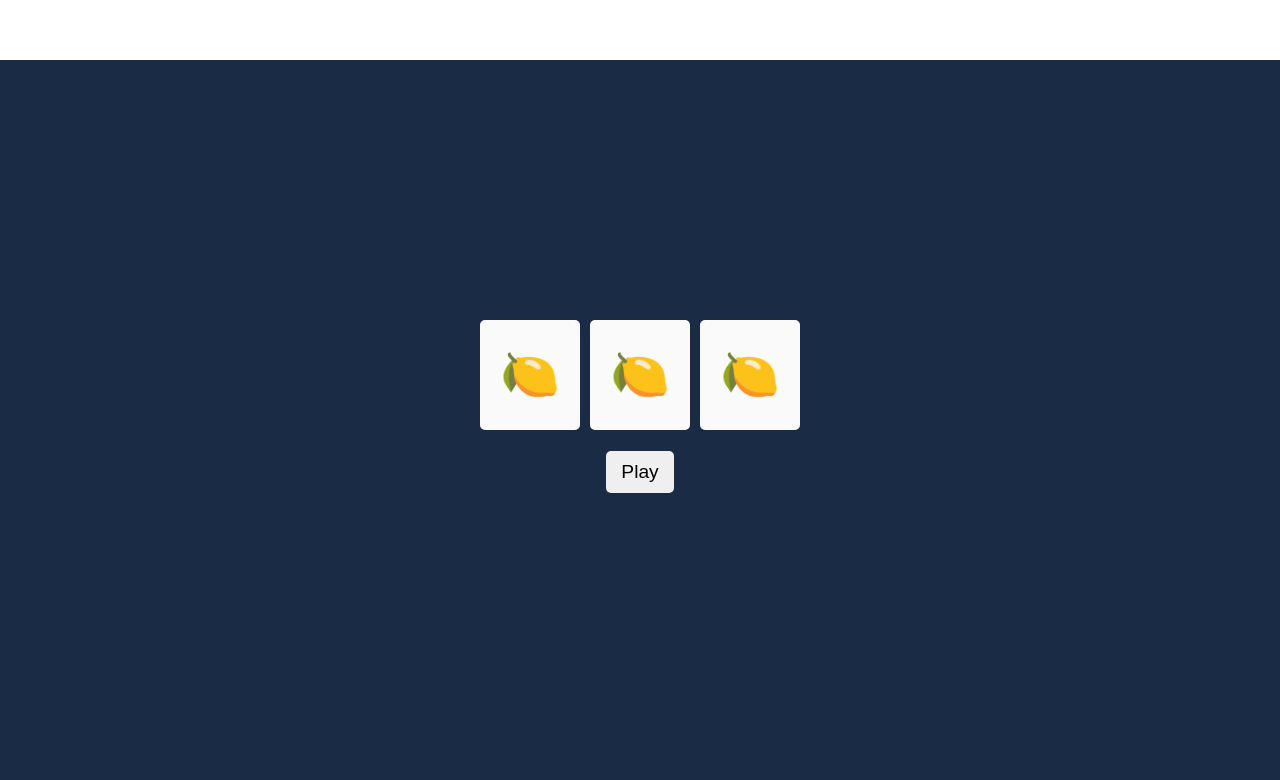
Repository: HERBOD7/slotmachine
Page: /
An editor plug-in stored every save of this project. The page is shown before and after the next save, followed by the edit.
The browser window is 1280 px wide. The pictures show the whole page.
The project was rebuilt for these pictures with package versions that can differ from the ones it lists, and the page was loaded fresh each time. Also part of the build but not shown: vue.config.js.

Above is the page before, as saved 2023-07-23 00:05:34.

### src/App.vue
<template>
  <div id="app">
    <div class="doors">
      <div class="door" v-for="(symbol, _, i) in symbols" :key="i">
        <div class="boxes">
          <div
            :class="['box', isShuffling ? 'before-animate blur' : '']"
            v-for="(item, index) in symbol"
            :key="index"
          >
            {{ item }}
          </div>
        </div>
      </div>
    </div>

    <div class="buttons">
      <button @click="spin" id="spinner">Play</button>
    </div>
  </div>
</template>

<script>
export default {
  name: "App",
  components: {},
  data() {
    return {
      symbols: {
        firstSlot: ["🍋", "🍉", "🍒", "🍊"],
        secondSlot: ["🍋", "🍉", "🍒", "🍊"],
        thirdSlot: ["🍋", "🍉", "🍒", "🍊"],
      },
      isShuffling: false,
    };
  },
  methods: {
    spin() {
      this.isShuffling = true;
      for (let name in this.symbols) {
        const arr = [];
        arr.push(...this.symbols[name]);
        this.symbols[name] = this.shuffle(arr);
        // this.isShuffling = true;
      }
      this.isShuffling = false;
    },
    shuffle(array) {
      for (let i = array.length - 1; i > 0; i--) {
        const j = Math.floor(Math.random() * (i + 1));
        [array[i], array[j]] = [array[j], array[i]];
      }
      return array;
    },
  },
};
</script>

<style>
#app {
  font-family: Avenir, Helvetica, Arial, sans-serif;
  -webkit-font-smoothing: antialiased;
  -moz-osx-font-smoothing: grayscale;
  text-align: center;
  color: #2c3e50;
  margin-top: 60px;
}

body {
  width: 100vw;
  height: 100vh;
  margin: 0;
  padding: 0;
}

#app {
  width: 100%;
  height: 100%;
  background: #1a2b45;
  display: flex;
  flex-direction: column;
  justify-content: center;
  align-items: center;
}

.doors {
  display: flex;
}

.door {
  background: #fafafa;
  width: 100px;
  height: 110px;
  overflow: hidden;
  border-radius: 5px;
  margin: 5px;
}

.boxes {
  transform: translateY(0);
  transition: transform 1s ease-in-out;
}

.box {
  display: flex;
  justify-content: center;
  align-items: center;
  font-size: 3rem;
  height: 110px;
  width: 100px;
}

.animation {
  transform: translateY(3px);
  transition: transform 1s ease-in-out;
}

.before-animate {
  transform: translateY(-20px);
}

.blur {
  filter: blur(1px);
}

.buttons {
  margin: 1rem 0 2rem 0;
}

button {
  cursor: pointer;
  font-size: 1.2rem;
  margin: 0 0.2rem;
  border: none;
  border-radius: 5px;
  padding: 10px 15px;
}

.info {
  position: fixed;
  bottom: 0;
  width: 100%;
  text-align: center;
}
</style>

Loaded but not shown: public/index.html (common file); src/main.js (common file)

After the next save:
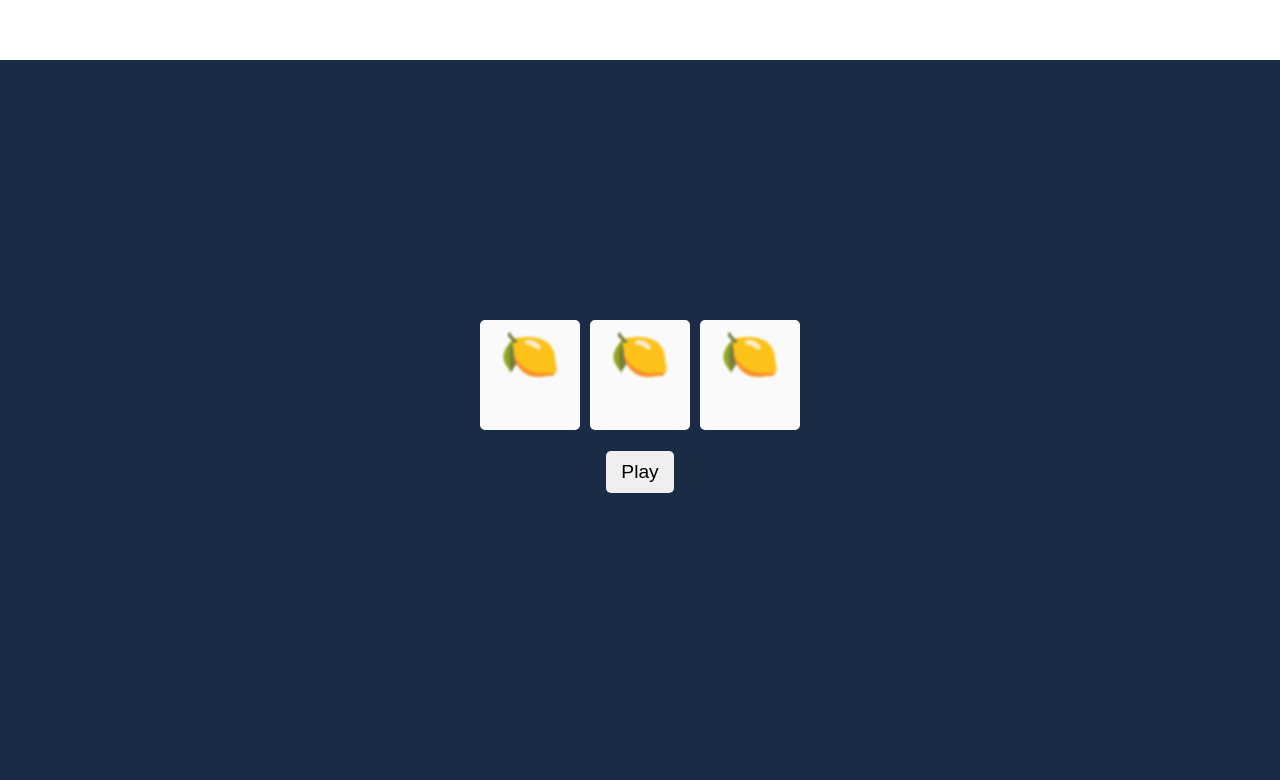
Saved 9 s later.
--- a/src/App.vue
+++ b/src/App.vue
@@ -31,7 +31,7 @@
         secondSlot: ["🍋", "🍉", "🍒", "🍊"],
         thirdSlot: ["🍋", "🍉", "🍒", "🍊"],
       },
-      isShuffling: false,
+      isShuffling: true,
     };
   },
   methods: {

After the save that followed:
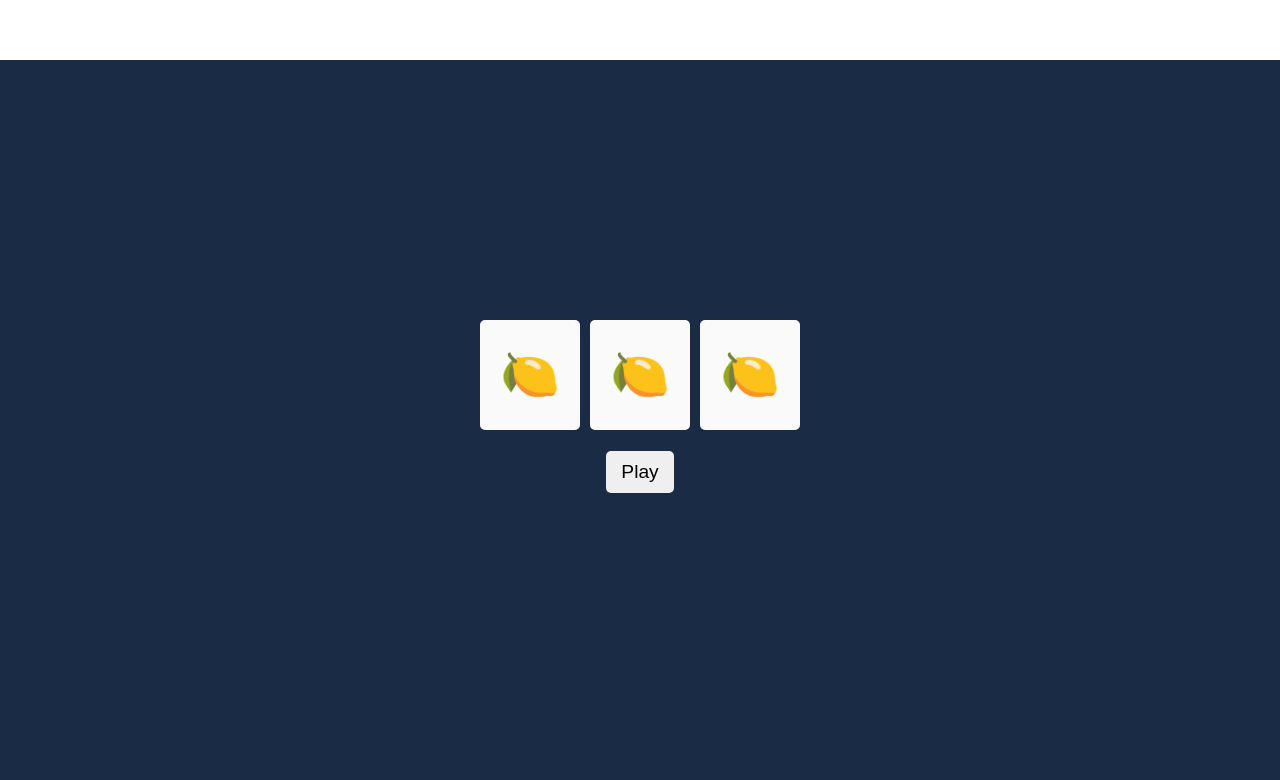
Saved 36 s later.
--- a/src/App.vue
+++ b/src/App.vue
@@ -33,6 +33,9 @@
       },
       isShuffling: true,
     };
+  },
+  created() {
+    this.isShuffling = false;
   },
   methods: {
     spin() {
